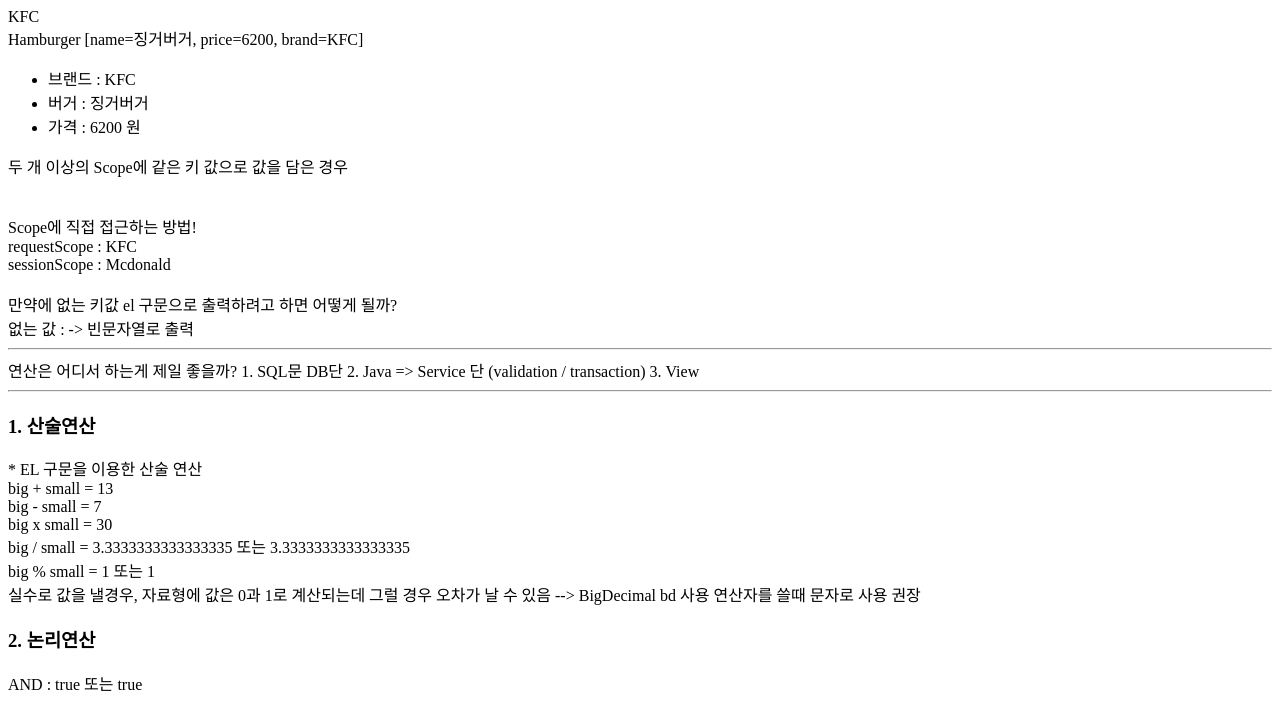
Repository: parkjin-sol/web-workplace
Page: http://localhost/McdonaldProject/sc
These files come from the project's save history. The page is drawn as it stood at one moment and after the next save; the edit follows.
The browser window is 1280 px wide. The pictures show the whole page.
The page is served by Tomcat 9.

Above is the page before, as saved 2025-03-11 02:01:57.

After the next save:
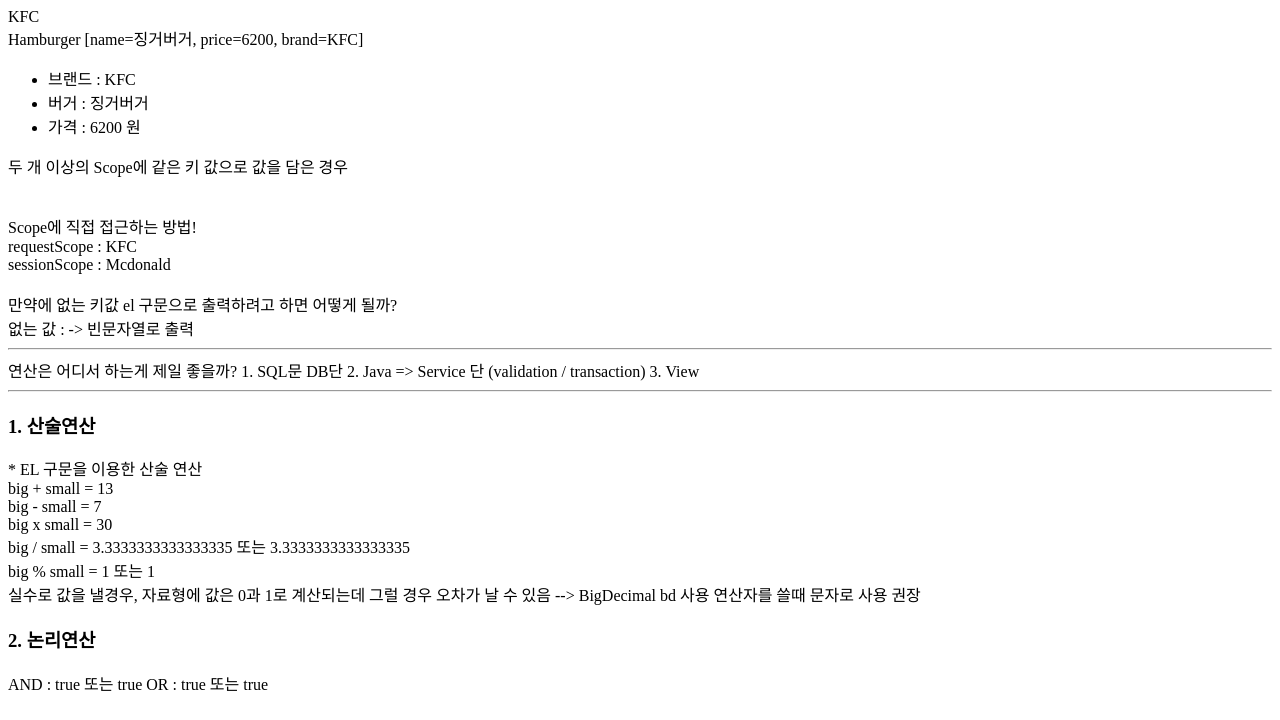
Saved 28 s later.
--- a/McdonaldProject/src/main/webapp/WEB-INF/views/print.jsp
+++ b/McdonaldProject/src/main/webapp/WEB-INF/views/print.jsp
@@ -64,6 +64,7 @@
 	 <h3>2. 논리연산</h3>
 	 <p>
 	 	AND : ${ true && true } 또는 ${ true and true }
+	 	OR  : ${ true || true } 또는 ${ true or true }
 	 </p>
 
 
